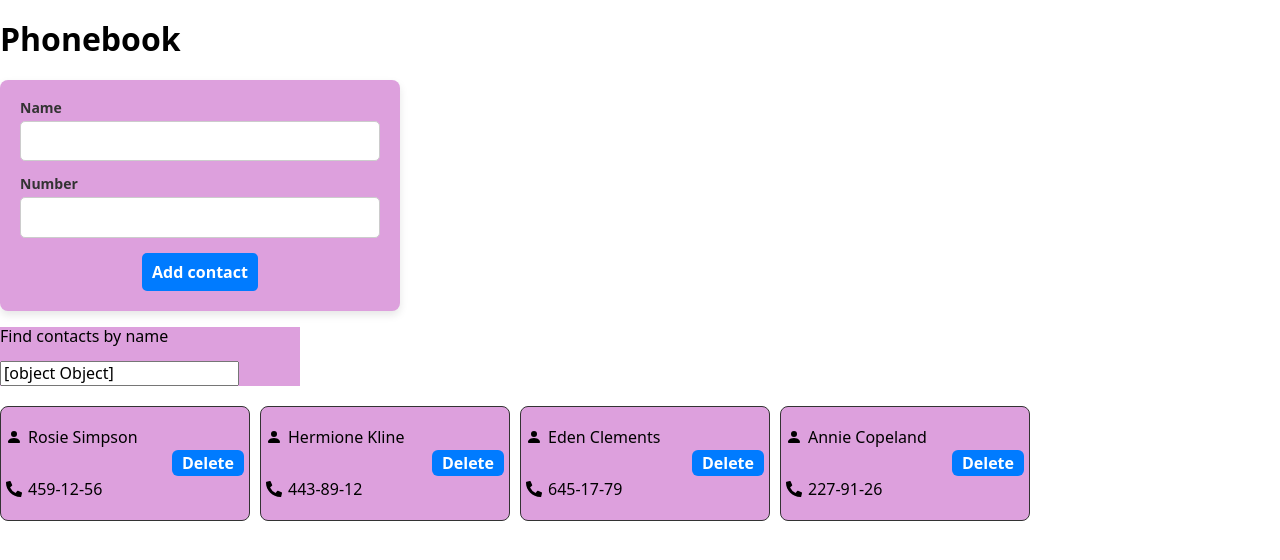
Repository: Evgeniya-Tishakova/goit-react-hw-03
Page: /
An editor plug-in stored every save of this project. The page is shown before and after the next save, followed by the edit.
The browser window is 1280 px wide. The pictures show the whole page.
The project was rebuilt for these pictures with package versions that can differ from the ones it lists, and the page was loaded fresh each time. Also part of the build but not shown: vite.config.js, src/index.css, src/components/App/App.module.css.

Above is the page before, as saved 2025-03-09 16:33:17.

After the next save:
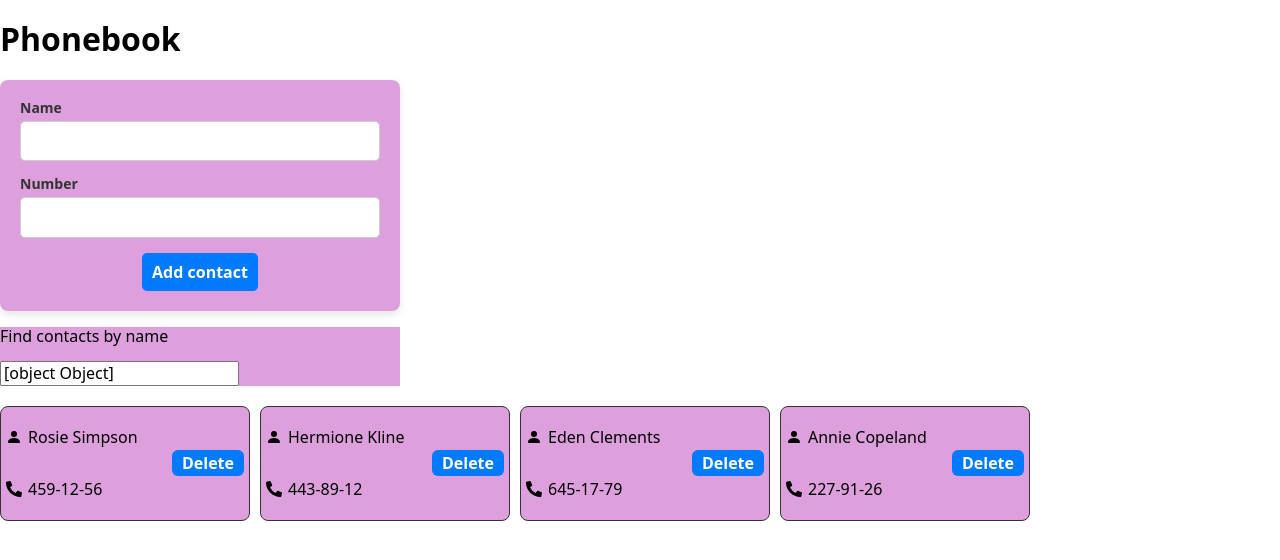
Saved 42 s later.
--- a/src/components/SearchBox/SearchBox.module.css
+++ b/src/components/SearchBox/SearchBox.module.css
@@ -1,6 +1,6 @@
 .container {
 
-    width: 300px;
+    max-width: 400px;
     background-color: plum;
 }
 
